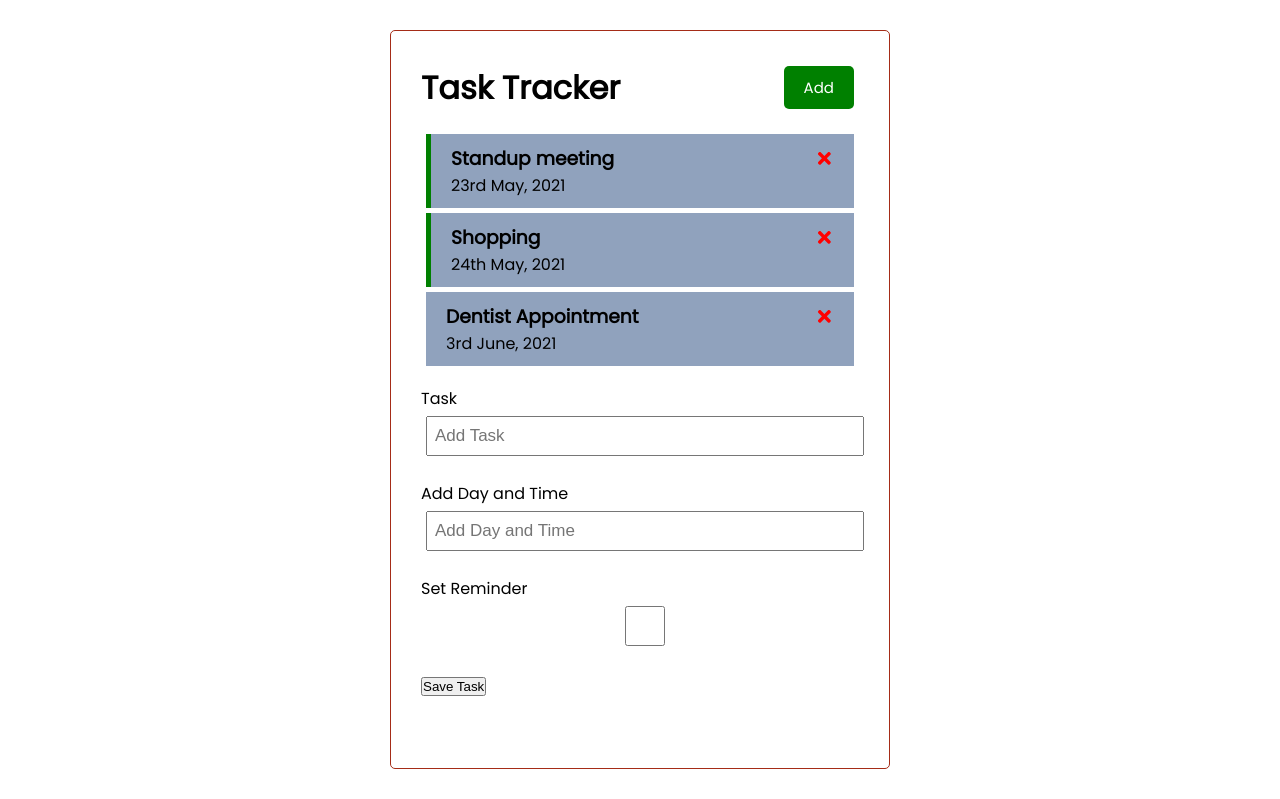
Repository: NIMRAH97/React-Strap-Test
Page: /
The author's editor kept a copy of each file at every save. The page is drawn from the files as they stood at one save, then again after the next save.
The browser window is 1280 px wide. The pictures show the whole page.
The project was rebuilt for these pictures with package versions that can differ from the ones it lists, and the page was loaded fresh each time.

Above is the page before, as saved 2021-05-22 20:39:44.

### src/index.css
@import url('https://fonts.googleapis.com/css2?family=Poppins:wght@300;400&display=swap');

* {
  box-sizing: border-box;
  margin: 0;
  padding: 0;
}

body {
  font-family: 'Poppins', sans-serif;
}

.container {
  max-width: 500px;
  margin: 30px auto;
  overflow: auto;
  min-height: 300px;
  border: 1px solid rgb(165, 44, 23);
  padding: 30px;
  border-radius: 5px;
}

.header {
  display: flex;
  justify-content: space-between;
  align-items: center;
  margin-bottom: 20px;
}

.btn {
  display: inline-block;
  background: #000;
  color: #fff;
  border: none;
  padding: 10px 20px;
  margin: 5px;
  border-radius: 5px;
  cursor: pointer;
  text-decoration: none;
  font-size: 15px;
  font-family: inherit;
}

.btn:focus {
  outline: none;
}

.btn:active {
  transform: scale(0.98);
}

.btn-block {
  display: block;
  width: 100%;
}

.task {
  background: #90a2bd;
  margin: 5px;
  padding: 10px 20px;
  cursor: pointer;
}

.task.reminder {
  border-left: 5px solid green;
}

.task h3 {
  display: flex;
  align-items: center;
  justify-content: space-between;
}

.add-form {
  margin-bottom: 40px;
}

.form-control {
  margin: 20px 0;
}

.form-control label {
  display: block;
}

.form-control input {
  width: 100%;
  height: 40px;
  margin: 5px;
  padding: 3px 7px;
  font-size: 17px;
}

.form-control-check {
  display: flex;
  align-items: center;
  justify-content: space-between;
}

.form-control-check label {
  flex: 1;
}

.form-control-check input {
  flex: 2;
  height: 20px;
}

footer {
  margin-top: 30px;
  text-align: center;
}

### src/App.js
import { useState } from 'react';
import AddTask from './components/AddTask';
import Header from './components/Header';
import Tasks from './components/Tasks';


const App = () => {
  const [tasks, setTasks] = useState([
    {
      id: 1,
      text: "Standup meeting",
      day: '23rd May, 2021',
      reminder: true

    },
    {
      id: 2,
      text: "Shopping",
      day: '24th May, 2021',
      reminder: true

    },
    {
      id: 3,
      text: "Dentist Appointment",
      day: '3rd June, 2021',
      reminder: false

    }

  ])

  //delete task
  const deleteTask = (id) => {
    setTasks(tasks.filter(((task) => task.id !== id)))
  }
  //toggle reminder
  const toggleReminder = (id) => {
    setTasks(tasks.map((task) => task.id === id ? { ...task, reminder: !task.reminder } : task))

  }
  return (
    <div className='container'>
      <Header />

      {tasks.length > 0 ? (<Tasks tasks={tasks} onDelete={deleteTask} onToggle={toggleReminder} />) :
        ('No tasks to show')}
      <AddTask />
    </div>
  )
}

export default App;

### src/components/AddTask.js
import React from 'react'

const AddTask = () => {
  return (
    <form className='add-form'>
      <div className='form-control'>
        <label>Task</label>
        <input type='text' placeholder='Add Task'></input>
      </div>
      <div className='form-control'>
        <label>Add Day and Time</label>
        <input type='text' placeholder='Add Day and Time'></input>
      </div>
      <div className='form-control'>
        <label>Set Reminder</label>
        <input type='checkbox'></input>
      </div>
      <input type='submit' value='Save Task' />
    </form>
  )
}

export default AddTask

### src/components/Header.js
import PropTypes from 'prop-types'
import Button from './Button'
const Header = ({ title }) => {
  const onClick = () => {
    console.log("click triggered")
  }
  return (
    <header className="header">
      <h1>{title}</h1>
      <Button color="green" text='Add' onClick={onClick} />
    </header>
  )
}

Header.defaultProps = {
  title: "Task Tracker",
}
Header.propTypes = {
  title: PropTypes.string.isRequired,
}
export default Header

### src/components/Tasks.js
import Task from './Task'
const Tasks = ({ tasks, onDelete, onToggle }) => {
  return (
    <>
      {tasks.map((task) => (
        <Task key={task.id} task={task} onDelete={onDelete} onToggle={onToggle} />
      ))}
    </>
  )
}

export default Tasks

### src/components/Button.js
import PropTypes from 'prop-types'

const Button = ({ color, text, onClick }) => {

    return <button onClick={onClick} style={{ backgroundColor: color }} className='btn'>{text}</button>
}

Button.defaultProps = {
    color: 'steelBlue',
}
Button.propTypes = {
    text: PropTypes.string,
    color: PropTypes.string,
    onClick: PropTypes.func,
}

export default Button

### src/components/Task.js
import { FaTimes } from 'react-icons/fa'
const Task = ({ task, onDelete, onToggle }) => {
  return (
    <div className={`task ${task.reminder ? 'reminder' : ''}`} onDoubleClick={() => onToggle(task.id)}>
      <h3>
        {task.text}<FaTimes style={{ color: 'red', cursor: 'pointer' }} onClick={() => onDelete(task.id)} />
      </h3>
      <p>{task.day}</p>

    </div>
  )
}

export default Task

Loaded but not shown: public/index.html (common file); src/index.js (common file); src/reportWebVitals.js (common file)

After the next save:
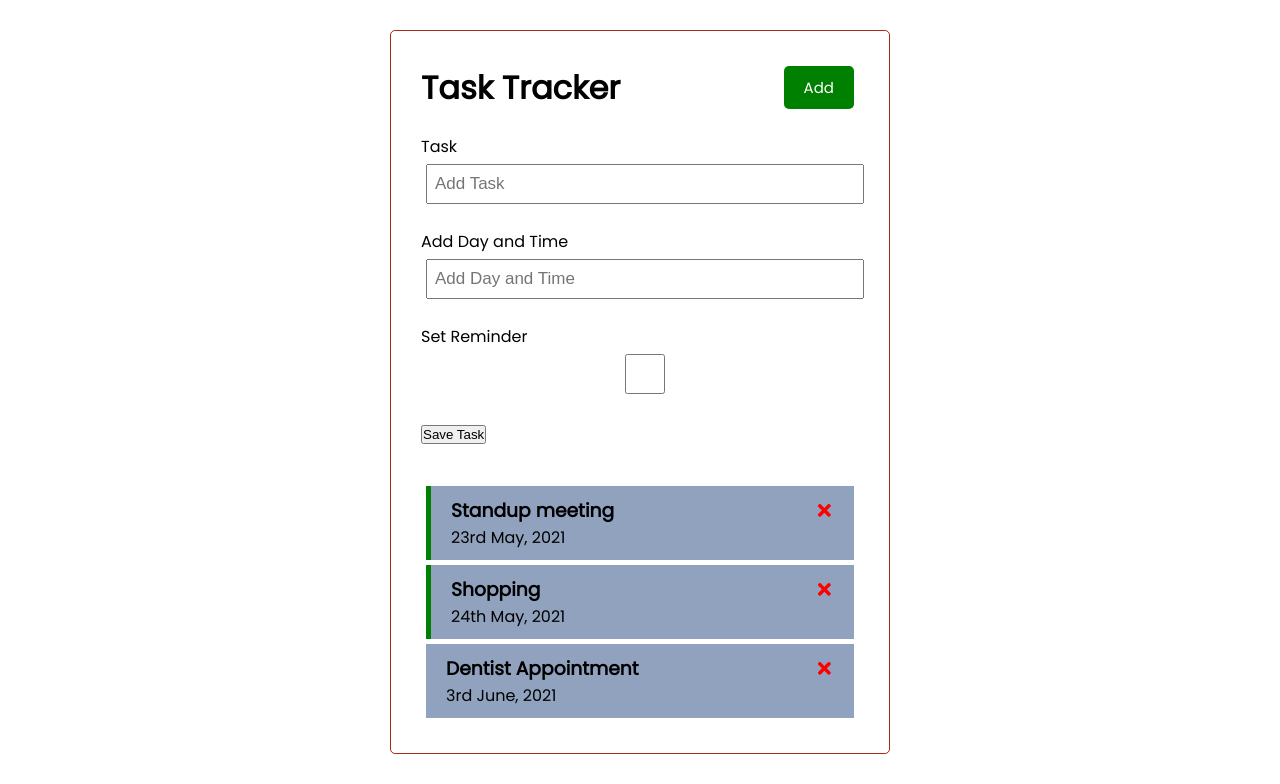
Saved 24 s later.
--- a/src/App.js
+++ b/src/App.js
@@ -42,10 +42,10 @@ const App = () => {
   return (
     <div className='container'>
       <Header />
-
+      <AddTask />
       {tasks.length > 0 ? (<Tasks tasks={tasks} onDelete={deleteTask} onToggle={toggleReminder} />) :
         ('No tasks to show')}
-      <AddTask />
+
     </div>
   )
 }
